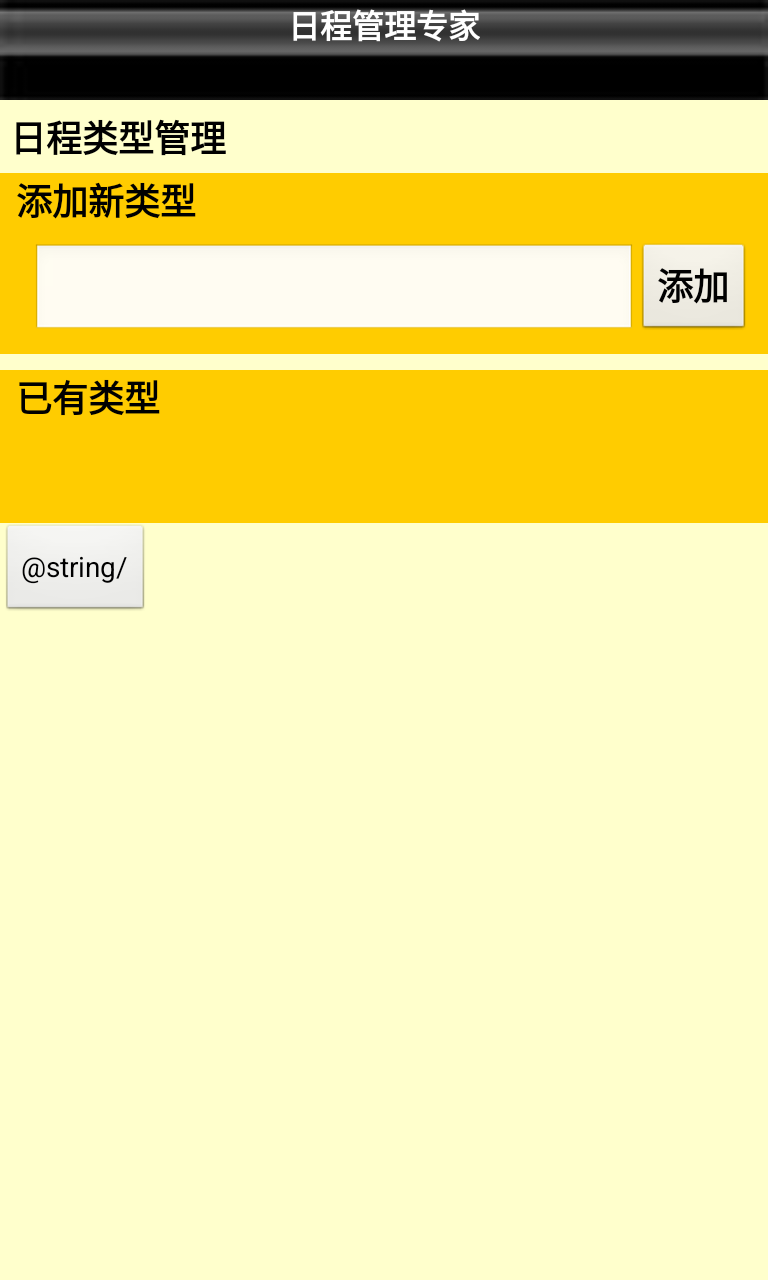
Repository: gogolaile/CoolWeather
Layout: DayDel/res/layout/add.xml
The author's editor kept a copy of each file at every save. The layout is drawn from the files as they stood at one save, then again after the next save.
It is drawn on a 768 x 1280 px phone screen (xhdpi) without system bars, with theme android:Theme.NoTitleBar.Fullscreen; the app's code is not run. Lists and similar views that code fills are empty.

Above is the layout before, as saved 2015-12-07 02:55:19.

After the next save:
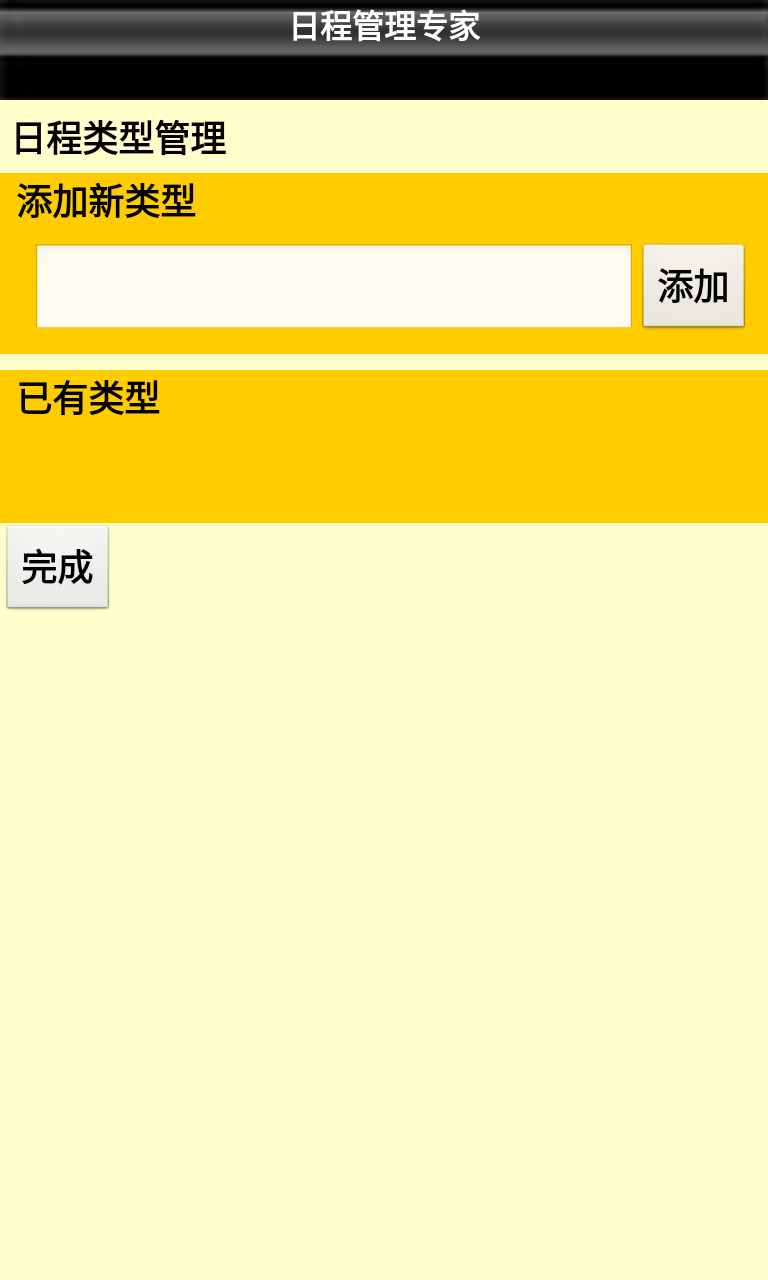
Saved 59 s later.
--- a/DayDel/res/layout/add.xml
+++ b/DayDel/res/layout/add.xml
@@ -93,6 +93,10 @@
      <Button
          android:layout_width="wrap_content"
          android:layout_height="wrap_content"
-         android:text="@string/"
+         android:text="@string/complete"
+         android:textColor="#000"
+         android:textStyle="bold"
+         android:textSize="18sp"
+
          />
 </LinearLayout>
